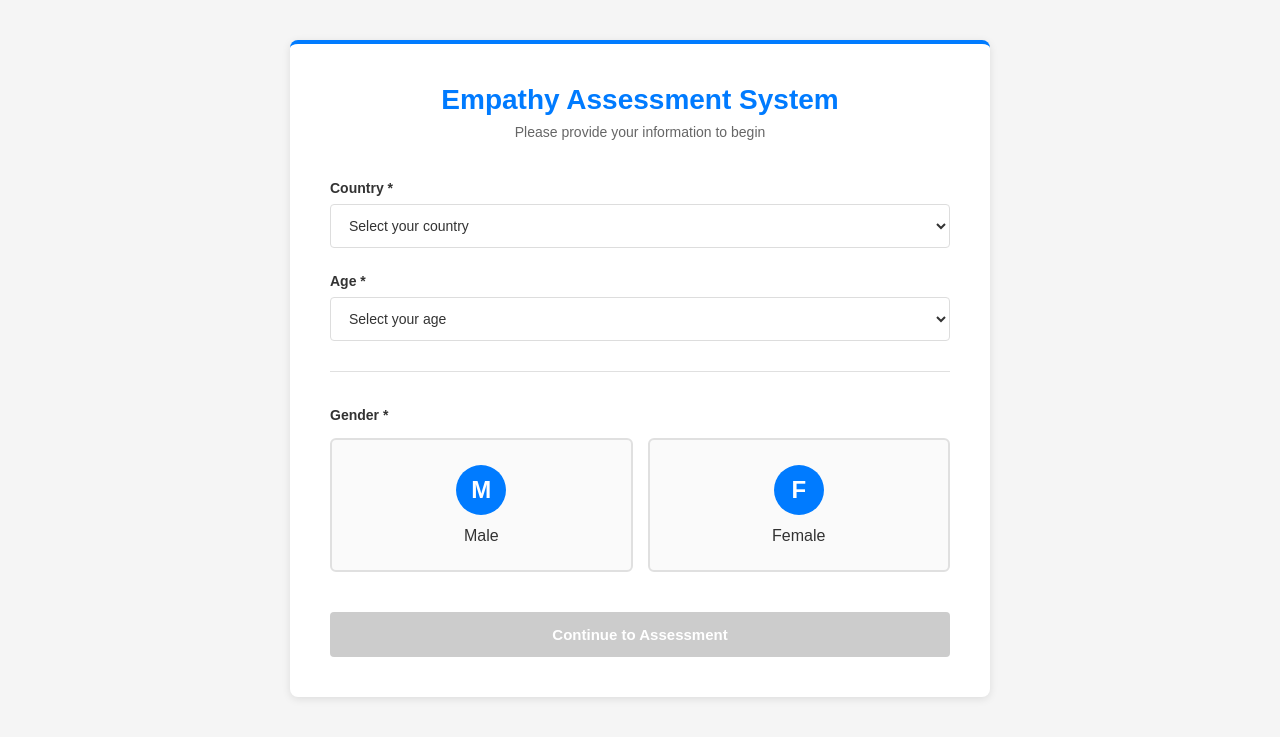
Repository: Matsuyou-Wang/MPES-system
Page: selection.html
An editor plug-in stored every save of this project. The page is shown before and after the next save, followed by the edit.
The browser window is 1280 px wide. The pictures show the whole page.

Above is the page before, as saved 2025-11-25 12:56:42.

After the next save:
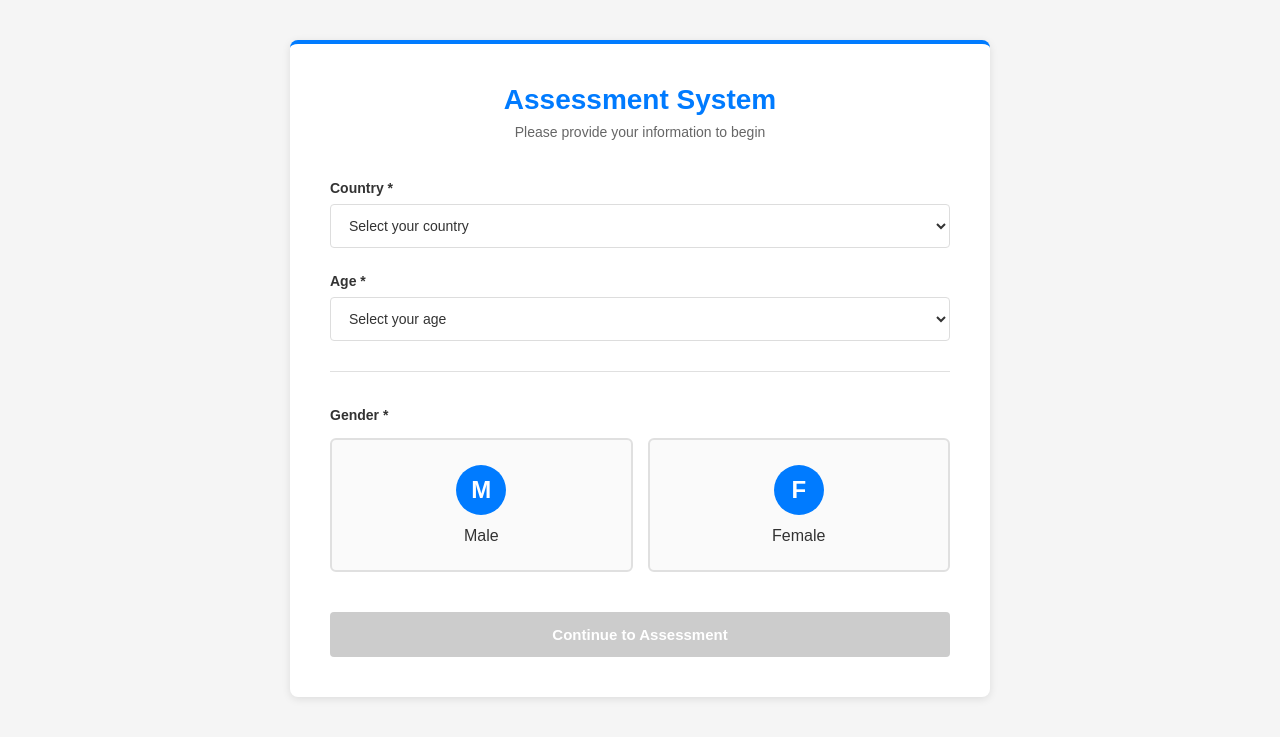
Saved 2 min 33 s later.
--- a/selection.html
+++ b/selection.html
@@ -193,7 +193,7 @@
 <body>
     <div class="selection-container">
         <div class="header">
-            <h1>Empathy Assessment System</h1>
+            <h1>Assessment System</h1>
             <p>Please provide your information to begin</p>
         </div>
 
